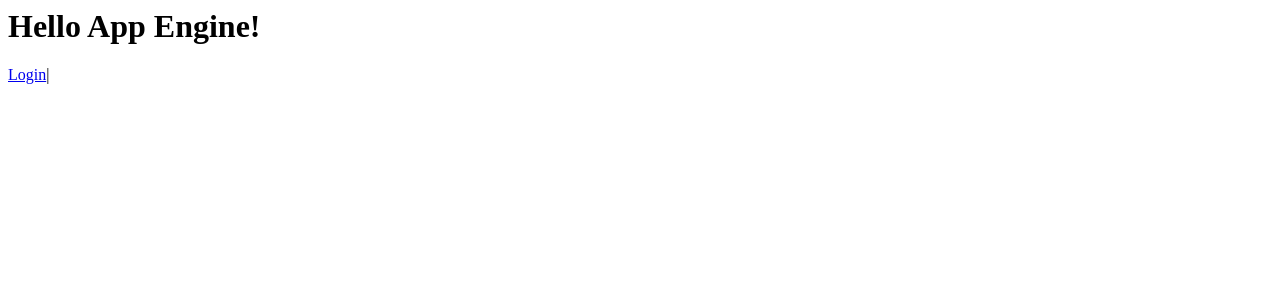
Repository: TharanyaM/Adaptavant--project
Page: session/war/index.html
The author's editor kept a copy of each file at every save. The page is drawn from the files as they stood at one save, then again after the next save.
The browser window is 1280 px wide. The pictures show the whole page.

Above is the page before, as saved 2015-10-19 01:34:37.

### session/war/index.html
<!DOCTYPE HTML PUBLIC "-//W3C//DTD HTML 4.01 Transitional//EN">
<!-- The HTML 4.01 Transitional DOCTYPE declaration-->
<!-- above set at the top of the file will set     -->
<!-- the browser's rendering engine into           -->
<!-- "Quirks Mode". Replacing this declaration     -->
<!-- with a "Standards Mode" doctype is supported, -->
<!-- but may lead to some differences in layout.   -->

<html>
  <head>
    <meta http-equiv="content-type" content="text/html; charset=UTF-8">
    <title>Hello App Engine</title>
  </head>

  <body>
    <h1>Hello App Engine!</h1>

  <a href="login.html">Login</a>|
  </body>
</html>

After the next save:
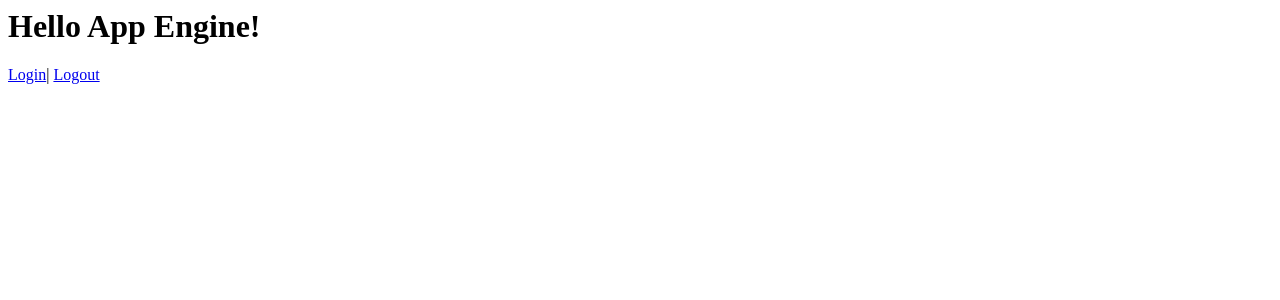
Saved 58 s later.
--- a/session/war/index.html
+++ b/session/war/index.html
@@ -16,5 +16,6 @@
     <h1>Hello App Engine!</h1>
 
   <a href="login.html">Login</a>|
+  <a href="LogoutServlet">Logout</a>
   </body>
 </html>
